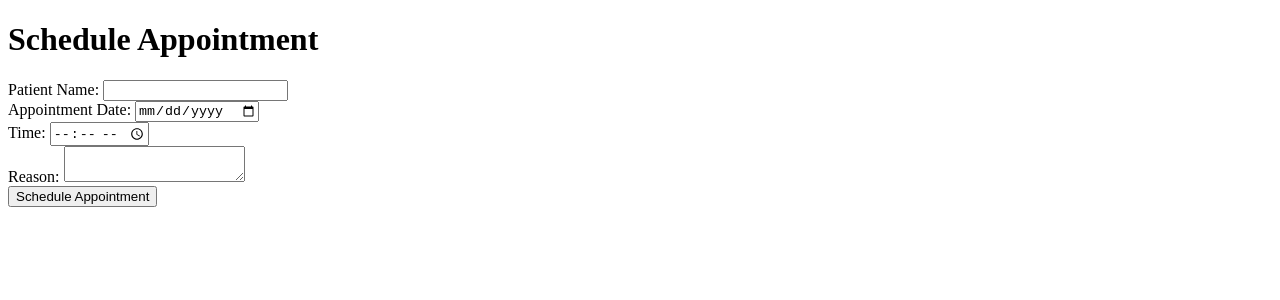
Repository: jaytriggz/Hospital-Management-System
Page: public/schedule_appointment.html
An editor plug-in stored every save of this project. The page is shown before and after the next save, followed by the edit.
The browser window is 1280 px wide. The pictures show the whole page.
The page's requests for data from a server got no answer.

Above is the page before, as saved 2024-07-13 09:52:32.

After the next save:
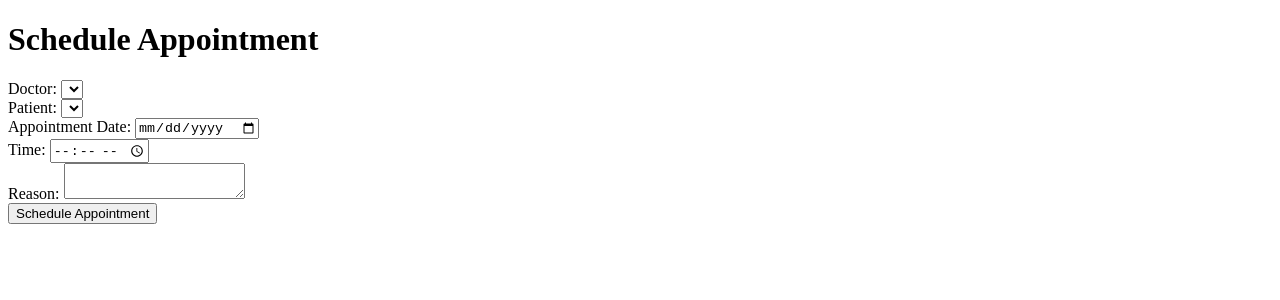
Saved 2 days later.
--- a/public/schedule_appointment.html
+++ b/public/schedule_appointment.html
@@ -7,8 +7,11 @@
 <body>
     <h1>Schedule Appointment</h1>
     <form id="appointmentForm">
-        <label for="patientName">Patient Name:</label>
-        <input type="text" id="patientName" name="patientName" required><br>
+        <label for="doctor">Doctor:</label>
+        <select id="doctor" name="doctorId" required></select><br>
+
+        <label for="patient">Patient:</label>
+        <select id="patient" name="patientId" required></select><br>
 
         <label for="date">Appointment Date:</label>
         <input type="date" id="date" name="date" required><br>
@@ -23,26 +26,53 @@
     </form>
 
     <script>
+        document.addEventListener('DOMContentLoaded', function() {
+            fetch('/api/doctors')
+                .then(response => response.json())
+                .then(doctors => {
+                    const doctorSelect = document.getElementById('doctor');
+                    doctors.forEach(doctor => {
+                        const option = document.createElement('option');
+                        option.value = doctor._id;
+                        option.textContent = doctor.name;
+                        doctorSelect.appendChild(option);
+                    });
+                });
+
+            fetch('/api/patients')
+                .then(response => response.json())
+                .then(patients => {
+                    const patientSelect = document.getElementById('patient');
+                    patients.forEach(patient => {
+                        const option = document.createElement('option');
+                        option.value = patient._id;
+                        option.textContent = patient.name;
+                        patientSelect.appendChild(option);
+                    });
+                });
+        });
+
         document.getElementById('appointmentForm').addEventListener('submit', function(event) {
             event.preventDefault();
 
             const formData = {
-                patientName: document.getElementById('patientName').value,
+                doctorId: document.getElementById('doctor').value,
+                patientId: document.getElementById('patient').value,
                 date: document.getElementById('date').value,
                 time: document.getElementById('time').value,
                 reason: document.getElementById('reason').value
             };
 
-            fetch('/appointments', {
+            fetch('/api/appointments', {
                 method: 'POST',
                 headers: {
                     'Content-Type': 'application/json'
                 },
                 body: JSON.stringify(formData)
             })
-            .then(response => response.text())
+            .then(response => response.json())
             .then(data => {
-                alert(data);
+                alert('Appointment scheduled successfully!');
             })
             .catch(error => {
                 console.error('Error:', error);
